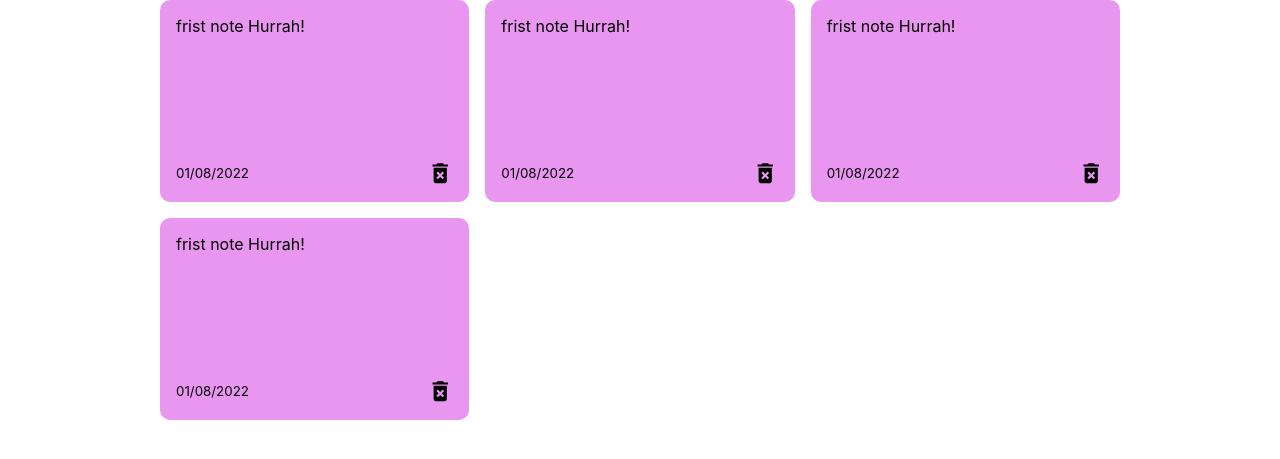
Repository: DeraBola/react-notes-app
Page: /
An editor plug-in stored every save of this project. The page is shown before and after the next save, followed by the edit.
The browser window is 1280 px wide. The pictures show the whole page.
The project was rebuilt for these pictures with package versions that can differ from the ones it lists, and the page was loaded fresh each time.

Above is the page before, as saved 2022-08-01 12:20:32.

### src/index.js
import React from 'react';
import ReactDOM from 'react-dom/client';
import './index.css';
import App from './App';


const root = ReactDOM.createRoot(document.getElementById('root'));
root.render(
  <React.StrictMode>
    <App />
  </React.StrictMode>
);

### src/index.css
body {
    margin: 0;
    font-family: -apple-system, BlinkMacSystemFont, 'Segoe UI', 'Roboto', 'Oxygen', 'Ubuntu', 'Cantarell', 'Fira Sans', 'Droid Sans', 'Helvetica Neue', sans-serif;
    -webkit-font-smoothing: antialiased;
    -moz-osx-font-smoothing: grayscale;
}

code {
    font-family: source-code-pro, Menlo, Monaco, Consolas, 'Courier New', monospace;
}

.container {
    max-width: 960px;
    margin-right: auto;
    margin-left: auto;
    padding-right: ;
}

.notes-list {
    display: grid;
    grid-gap: 1rem;
    grid-template-columns: repeat(auto-fit, minmax(250px, 1fr));
}

.note {
    background-color: #e996f1;
    border-radius: 10px;
    padding: 1rem;
    min-height: 170px;
    display: flex;
    flex-direction: column;
    justify-content: space-between;
}

.note-footer {
    display: flex;
    align-items: center;
    justify-content: space-between;
}

### src/App.js
import NotesList from './components/NotesList';

 const App = () =>{
   return(
    <div className="container" >
      <NotesList />
    </div>
   )
 }

 export default App;

### src/components/NotesList.js
import Note from './Note';

const NotesList  = () => {
return(
    <div className="notes-list">
        <Note />
        <Note />
        <Note />
        <Note />
    </div>
);
};

export default NotesList;

### src/components/Note.js

import { MdDeleteForever } from 'react-icons/md'

const Note  = () => {
    return(
        <div className='note'>
             <span>frist note Hurrah!</span>
             <div className="note-footer">
                <small>01/08/2022</small>
                <MdDeleteForever className='delete-icon' size='0.7cm' />
             </div>
        </div>
    );
    };

    export default Note;

Loaded but not shown: public/index.html (common file)

After the next save:
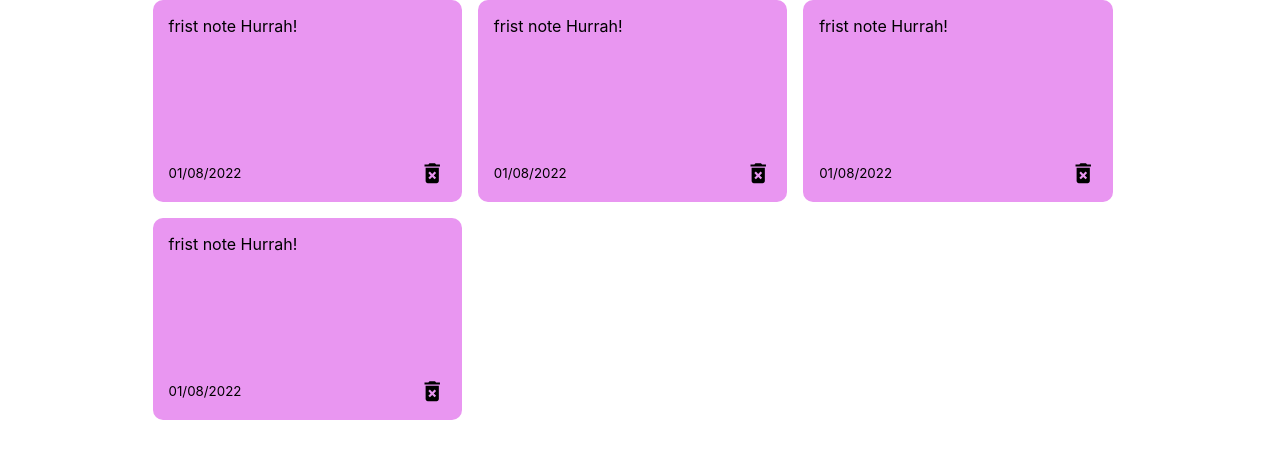
Saved 4 s later.
--- a/src/index.css
+++ b/src/index.css
@@ -13,7 +13,7 @@
     max-width: 960px;
     margin-right: auto;
     margin-left: auto;
-    padding-right: ;
+    padding-right: 15px;
 }
 
 .notes-list {

After the 3 saves that followed:
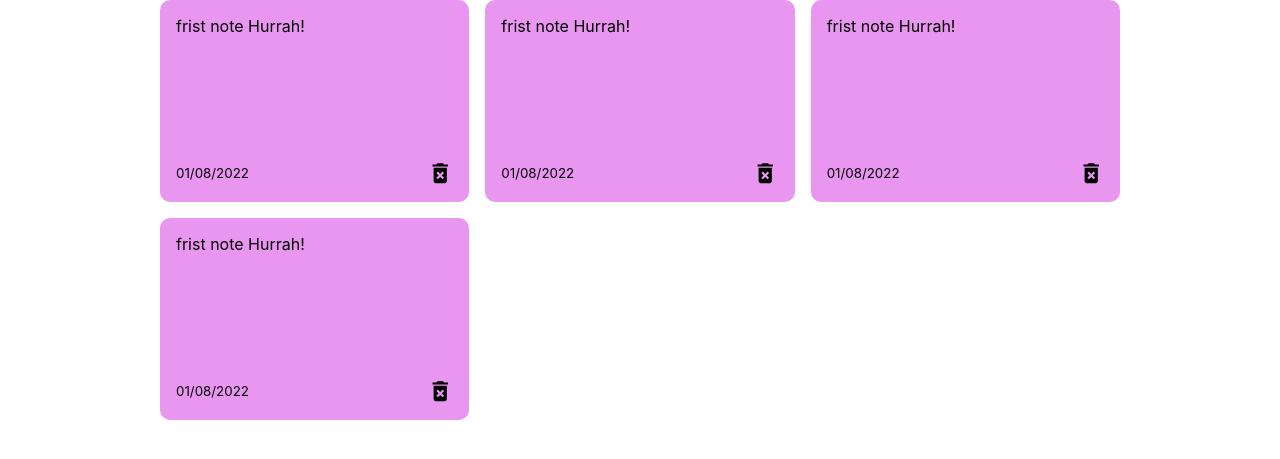
The 3 saves are shown as one change because 1 left the picture as it was and some came seconds apart.
The last was saved 11 s later.
--- a/src/index.css
+++ b/src/index.css
@@ -14,6 +14,7 @@
     margin-right: auto;
     margin-left: auto;
     padding-right: 15px;
+    padding-left: 15px;
 }
 
 .notes-list {
